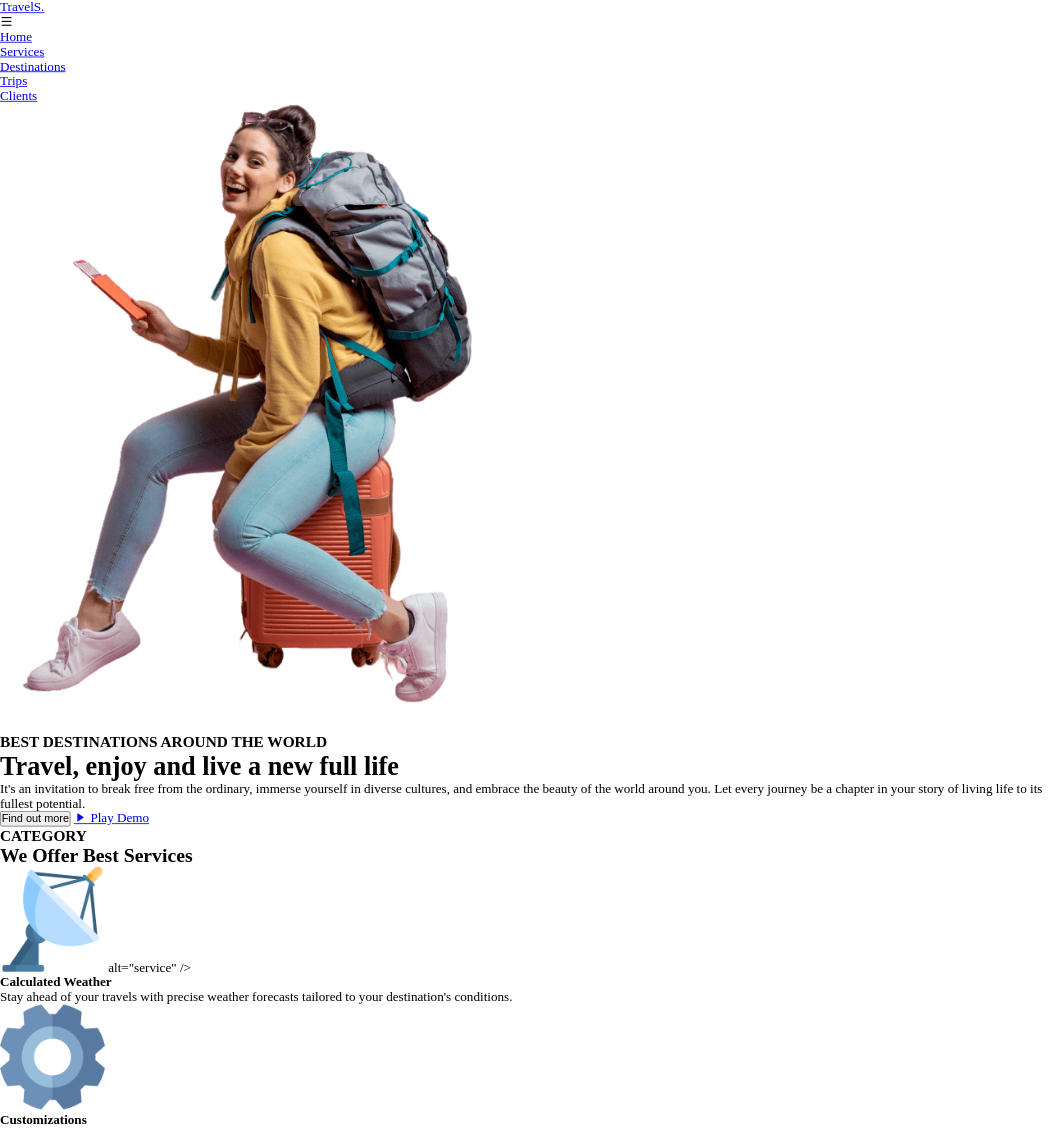
Repository: ntandomagana/travel-website
Page: index.html
These files come from the project's save history. The page is drawn as it stood at one moment and after a run of saves; the edit follows.
The browser window is 1280 px wide. The pictures show the whole page, at 82% of full size.

Above is the page before, as saved 2024-05-06 15:47:26.

### index.html
<!DOCTYPE html>
<html lang="en">
  <head>
    <meta charset="UTF-8" />
    <meta name="viewport" content="width=device-width, initial-scale=1.0" />
    <link
      href="https://cdn.jsdelivr.net/npm/remixicon@4.2.0/fonts/remixicon.css"
      rel="stylesheet"
    />
    <link
      rel="stylesheet"
      href="https://cdn.jsdelivr.net/npm/swiper@11/swiper-bundle.min.css"
    />
    <link rel="stylesheet" href="style.css" />
    <title>Travel Website</title>
  </head>
  <body>
    <nav>
      <div class="nav-header">
        <div class="logo">
          <a href="#" class="logo">Travel<span>S</span>.</a>
        </div>
        <div class="nav-menu-btn" id="menu-btn">
          <i class="ri-menu-line"></i>
        </div>
      </div>

      <ul class="nav-links" id="nav-links">
        <li><a href="#home">Home</a></li>
        <li><a href="#service">Services</a></li>
        <li><a href="#destination">Destinations</a></li>
        <li><a href="#trips">Trips</a></li>
        <li><a href="#client">Clients</a></li>
      </ul>
    </nav>

    <header class="section-container header-container" id="home">
      <div class="header-image">
        <img src="assets/header.png" alt="header" />
      </div>
      <div class="header-content">
        <h3 class="section-subheader">BEST DESTINATIONS AROUND THE WORLD</h3>
        <h1>Travel, enjoy and live a new full life</h1>
        <p>
          It's an invitation to break free from the ordinary, immerse yourself
          in diverse cultures, and embrace the beauty of the world around you.
          Let every journey be a chapter in your story of living life to its
          fullest potential.
        </p>
        <div class="header-btns">
          <button class="btn">Find out more</button>
          <a href="#">
            <span><i class="ri-play-fill"></i></span>
            Play Demo
          </a>
        </div>
      </div>
    </header>

    <section class="section-container service-container" id="service">
      <h3 class="section-subheader">CATEGORY</h3>
      <h2 class="section-header">We Offer Best Services</h2>
      <div class="service-grid">
        <div class="service-card">
          <img src="assets/weather.png" /> alt="service" />
          <h4>Calculated Weather</h4>
          <p>
            Stay ahead of your travels with precise weather forecasts tailored
            to your destination's conditions.
          </p>
        </div>
        <div class="service-card">
            <img src="assets/customisation.png" alt="service" />
            <h4>Customizations</h4>
            <p></p>
        </div>
      </div>
    </section>
  </body>
</html>

### style.css
@import url("https://fonts.googleapis.com/css2?family=Poppins:ital,wght@0,100;0,200;0,300;0,400;0,500;0,600;0,700;0,800;0,900;1,100;1,200;1,300;1,400;1,500;1,600;1,700;1,800;1,900&display=swap");

:root {
    --primary-color: #e06951;
    --text-dark: #111827;
    --text-light: #6b7280;
    --white: #ffffff;
    --max-width: 1200px;
}

* {
    padding: 0;
    margin: 0;
    box-sizing: border-box;
}

After the next 2 saves:
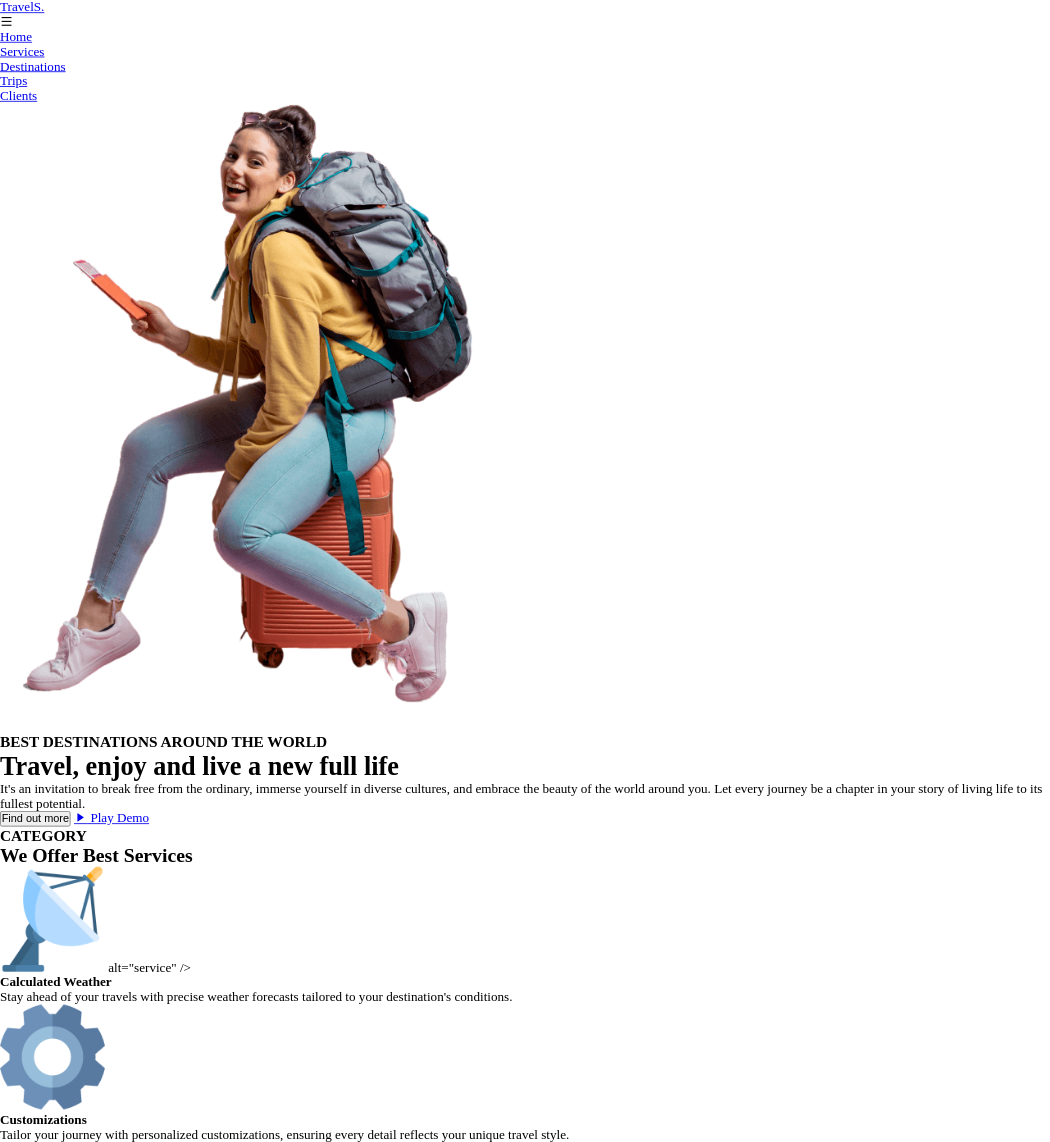
The 2 saves are shown as one change because they came seconds apart.
The last was saved 12 s later.
--- a/index.html
+++ b/index.html
@@ -70,9 +70,12 @@
           </p>
         </div>
         <div class="service-card">
-            <img src="assets/customisation.png" alt="service" />
-            <h4>Customizations</h4>
-            <p></p>
+          <img src="assets/customisation.png" alt="service" />
+          <h4>Customizations</h4>
+          <p>
+            Tailor your journey with personalized customizations, ensuring every
+            detail reflects your unique travel style.
+          </p>
         </div>
       </div>
     </section>
